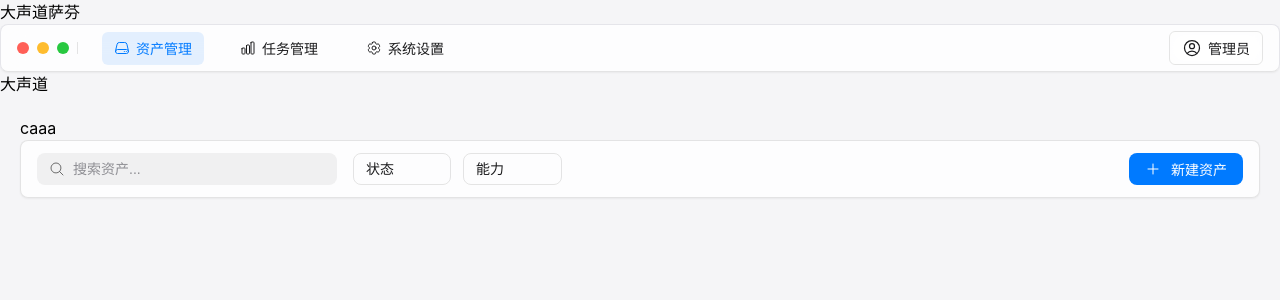
Repository: SmartRick/RLT
Page: / (app in fronted-ui/)
An editor plug-in stored every save of this project. The page is shown before and after the next save, followed by the edit.
The browser window is 1280 px wide. The pictures show the whole page.
The page's requests for data from a server got no answer. The project was rebuilt for these pictures with package versions that can differ from the ones it lists, and the page was loaded fresh each time. No one was signed in, and anything a server would have sent is missing. Also part of the build but not shown: fronted-ui/vite.config.js, fronted-ui/vue.config.js, fronted-ui/src/components/common/SwitchButton.vue, fronted-ui/src/views/Tasks.vue, fronted-ui/src/views/Settings.vue.

Above is the page before, as saved 2025-01-05 18:38:37.

After the next save:
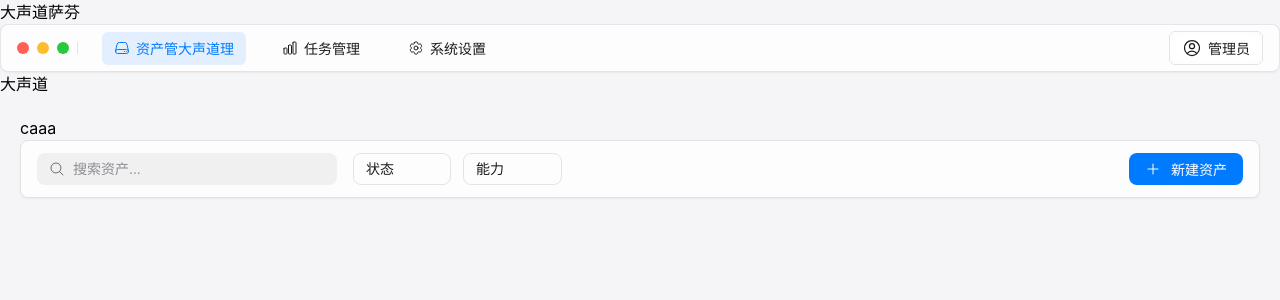
Saved 6 s later.
--- a/fronted-ui/src/components/layout/AppLayout.vue
+++ b/fronted-ui/src/components/layout/AppLayout.vue
@@ -58,7 +58,7 @@ const currentPath = ref(route.path)
 
 // 路由配置
 const mainRoutes = [
-  { path: '/assets', name: '资产管理', icon: ServerIcon },
+  { path: '/assets', name: '资产管大声道理', icon: ServerIcon },
   { path: '/tasks', name: '任务管理', icon: ChartBarIcon },
   { path: '/settings', name: '系统设置', icon: Cog6ToothIcon }
 ]
